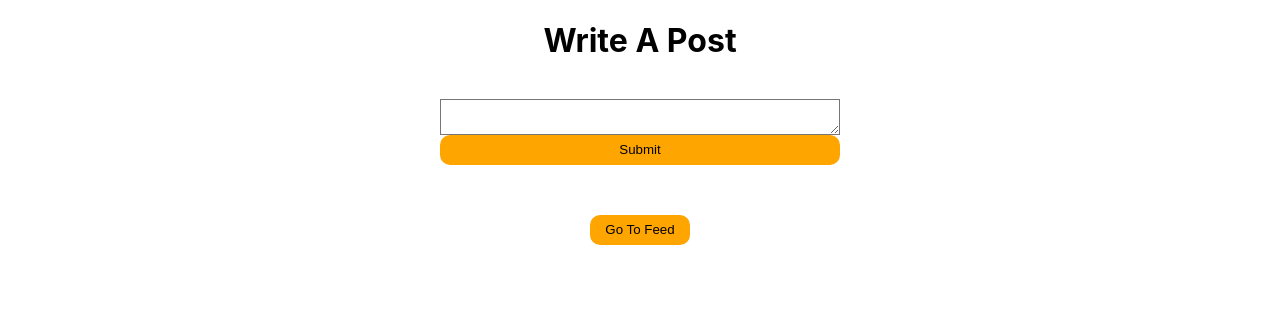
Repository: shaelorch/comp-week4
Page: /addPosts
An editor plug-in stored every save of this project. The page is shown before and after a run of saves, followed by the edit.
The browser window is 1280 px wide. The pictures show the whole page.
The project was rebuilt for these pictures with package versions that can differ from the ones it lists, and the page was loaded fresh each time. The framework's server and built-in components were replaced by stand-ins that run in the browser. Also part of the build but not shown: next.config.js.

Above is the page before, as saved 2023-01-31 23:12:16.

### pages/addPosts.js
import { useState } from 'react'
import axios from 'axios'
import { useEffect } from 'react'

export default function Home({posts}) {
    const [title, setTitle] = useState('')
    const [content, setContent] = useState('')

  const handleSubmit = async (e) => {
  e.preventDefault()
  const res = await axios.post('/api/posts', { title, content })
    console.log(res.data)
  }

  return <div style={{display:'flex', justifyContent:'center', flexDirection:'column' , alignItems:'center'}}>
  <h1>Write A Post</h1>

        <form onSubmit={handleSubmit} style={{display: "flex", flexDirection: "column", width:400}}>
          <input style={{backgroundColor:'white',  border:'transparent'}} type="text" value={title} onChange={(e) => setTitle(e.target.value)} />
          <textarea style={{backgroundColor:'white'}} value={content} onChange={(e) => setContent(e.target.value)} />


            <button style={{backgroundColor:'orange', borderRadius:10, border:'transparent', height:30}} type="submit">Submit</button>
        </form>
        <a href='/'>
            <button style={{display:'flex', marginTop:50, backgroundColor:'orange', border:'transparent', height:30, alignItems:'center', borderRadius:10, padding:15}}>Go To Feed</button>
        </a>


    </div>
  }

Loaded but not shown: pages/_app.js (common file); styles/globals.css (common file)

After the next 2 saves:
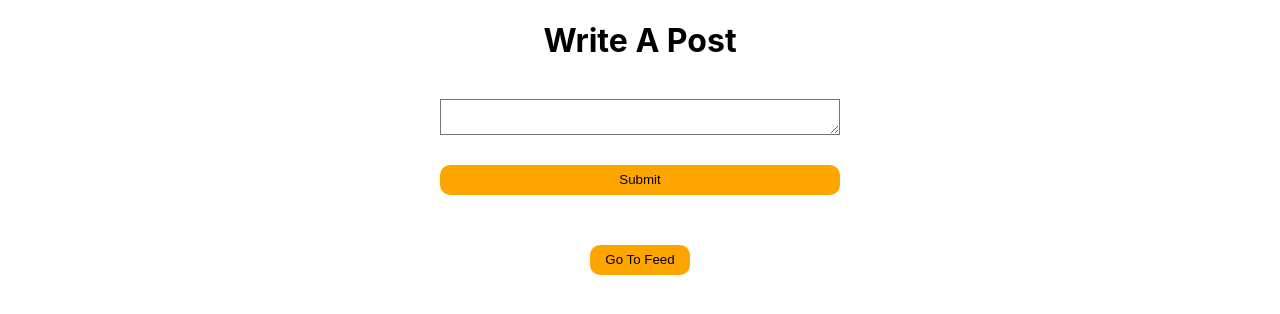
The 2 saves are shown as one change because they came seconds apart.
The last was saved 15 s later.
--- a/pages/addPosts.js
+++ b/pages/addPosts.js
@@ -20,7 +20,7 @@ export default function Home({posts}) {
           <textarea style={{backgroundColor:'white'}} value={content} onChange={(e) => setContent(e.target.value)} />
 
 
-            <button style={{backgroundColor:'orange', borderRadius:10, border:'transparent', height:30}} type="submit">Submit</button>
+            <button style={{backgroundColor:'orange', borderRadius:10, border:'transparent', height:30, marginTop:30}} type="submit">Submit</button>
         </form>
         <a href='/'>
             <button style={{display:'flex', marginTop:50, backgroundColor:'orange', border:'transparent', height:30, alignItems:'center', borderRadius:10, padding:15}}>Go To Feed</button>
